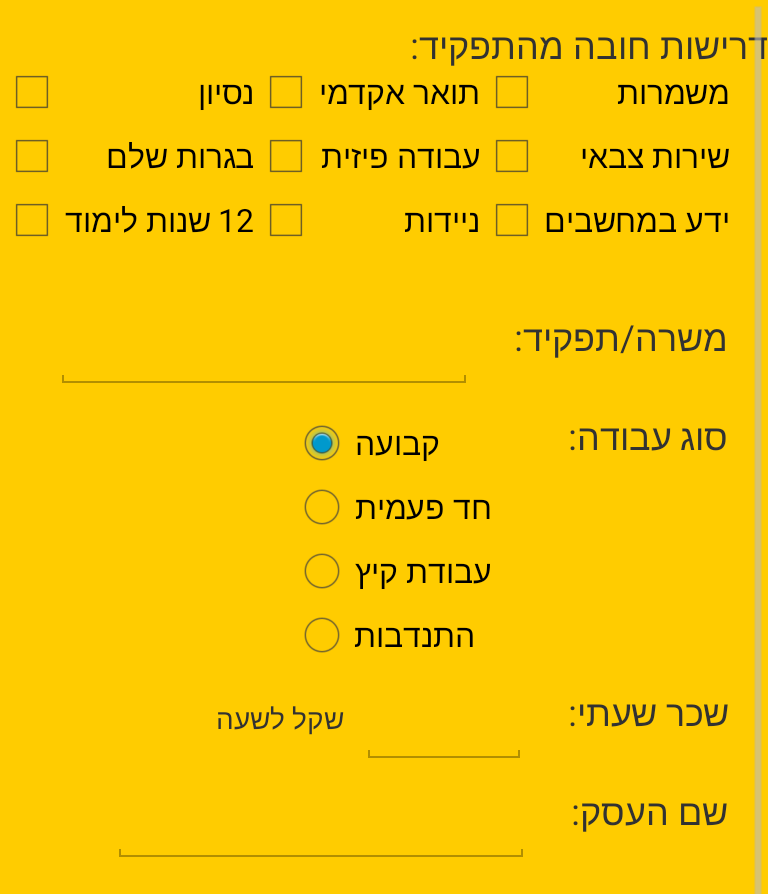
Repository: rodi055/jobli
Layout: Jobli/res/layout/fragment_create_job.xml
These files come from the project's save history. The layout is drawn as it stood at one moment and after the next save; the edit follows.
The pictures show rows 0 to 894 of an output 1280 px tall.
Pictures or frames that could not be fetched are drawn as grey boxes. It is drawn on a 768 x 1280 px phone screen (xhdpi) without system bars, with theme AppTheme; the app's code is not run. The app's manifest (not shown) leaves right-to-left support off. So textAlignment, textDirection and layoutDirection are ignored, and left and right values win over start and end ones.

Above is the layout before, as saved 2015-01-03 12:44:34.

### Jobli/res/layout/fragment_create_job.xml
<?xml version="1.0" encoding="utf-8"?>
<LinearLayout xmlns:android="http://schemas.android.com/apk/res/android"
    android:layout_width="match_parent"
    android:layout_height="match_parent"
    android:background="#FFCC00"
    android:orientation="vertical" >

    <ScrollView
        android:layout_width="match_parent"
        android:layout_height="wrap_content" >

        <LinearLayout
            android:layout_width="match_parent"
            android:layout_height="wrap_content"
            android:orientation="vertical" >

            <RelativeLayout
                android:layout_width="wrap_content"
                android:layout_height="0dp"
                android:layout_weight="0.56"
                  android:layout_marginTop="10dp" >

                <TextView
                    android:id="@+id/textView10"
                    android:layout_width="wrap_content"
                    android:layout_height="wrap_content"
                    android:layout_alignParentEnd="true"
                    android:layout_alignParentRight="true"
                    android:layout_alignParentTop="true"
                    android:layout_marginBottom="15dp"
                    android:text="דרישות חובה מהתפקיד:"
                    android:textSize="18sp" />

                <TableLayout
                    android:id="@+id/table3"
                    android:layout_width="wrap_content"
                    android:layout_height="wrap_content"
                    android:layout_centerVertical="true"
                    android:layout_toEndOf="@+id/table2"
                    android:layout_toRightOf="@+id/table2" >

                    <TableRow
                        android:id="@+id/tableRow21"
                        android:layout_width="wrap_content"
                        android:layout_height="wrap_content" >

                        <CheckBox
                            android:id="@+id/checkBox22"
                            android:layout_width="wrap_content"
                            android:layout_height="wrap_content"
                            android:text="משמרות" />
                    </TableRow>

                    <TableRow
                        android:id="@+id/tableRow22"
                        android:layout_width="wrap_content"
                        android:layout_height="wrap_content" >

                        <CheckBox
                            android:id="@+id/checkBox23"
                            android:layout_width="wrap_content"
                            android:layout_height="wrap_content"
                            android:text="שירות צבאי" />
                    </TableRow>

                    <TableRow
                        android:id="@+id/tableRow23"
                        android:layout_width="wrap_content"
                        android:layout_height="wrap_content" >

                        <CheckBox
                            android:id="@+id/checkBox24"
                            android:layout_width="wrap_content"
                            android:layout_height="wrap_content"
                            android:text="ידע במחשבים" />
                    </TableRow>

                    <TableRow
                        android:id="@+id/tableRow24"
                        android:layout_width="wrap_content"
                        android:layout_height="wrap_content" >
                    </TableRow>
                </TableLayout>

                <TableLayout
                    android:id="@+id/table2"
                    android:layout_width="wrap_content"
                    android:layout_height="wrap_content"
                    android:layout_centerVertical="true"
                    android:layout_toEndOf="@+id/table1"
                    android:layout_toRightOf="@+id/table1" >

                    <TableRow
                        android:id="@+id/tableRow41"
                        android:layout_width="wrap_content"
                        android:layout_height="wrap_content" >

                        <CheckBox
                            android:id="@+id/checkBox2"
                            android:layout_width="wrap_content"
                            android:layout_height="wrap_content"
                            android:text="תואר אקדמי" />
                    </TableRow>

                    <TableRow
                        android:id="@+id/tableRow2"
                        android:layout_width="wrap_content"
                        android:layout_height="wrap_content" >

                        <CheckBox
                            android:id="@+id/checkBox42"
                            android:layout_width="wrap_content"
                            android:layout_height="wrap_content"
                            android:text="עבודה פיזית" />
                    </TableRow>

                    <TableRow
                        android:id="@+id/tableRow3"
                        android:layout_width="wrap_content"
                        android:layout_height="wrap_content" >

                        <CheckBox
                            android:id="@+id/checkBox4"
                            android:layout_width="wrap_content"
                            android:layout_height="wrap_content"
                            android:text="ניידות" />
                    </TableRow>

                    <TableRow
                        android:id="@+id/tableRow4"
                        android:layout_width="wrap_content"
                        android:layout_height="wrap_content" >
                    </TableRow>
                </TableLayout>

                <TableLayout
                    android:id="@+id/table1"
                    android:layout_width="wrap_content"
                    android:layout_height="wrap_content"
                    android:layout_below="@+id/textView10"
                    android:layout_centerVertical="true" >

                    <TableRow
                        android:id="@+id/tableRow11"
                        android:layout_width="wrap_content"
                        android:layout_height="wrap_content" >

                        <CheckBox
                            android:id="@+id/checkBox12"
                            android:layout_width="wrap_content"
                            android:layout_height="wrap_content"
                            android:text="נסיון" />
                    </TableRow>

                    <TableRow
                        android:id="@+id/tableRow12"
                        android:layout_width="wrap_content"
                        android:layout_height="wrap_content" >

                        <CheckBox
                            android:id="@+id/checkBox13"
                            android:layout_width="wrap_content"
                            android:layout_height="wrap_content"
                            android:text="בגרות שלם" />
                    </TableRow>

                    <TableRow
                        android:id="@+id/tableRow13"
                        android:layout_width="wrap_content"
                        android:layout_height="wrap_content" >

                        <CheckBox
                            android:id="@+id/checkBox14"
                            android:layout_width="wrap_content"
                            android:layout_height="wrap_content"
                            android:text="12 שנות לימוד" />
                    </TableRow>

                    <TableRow
                        android:id="@+id/tableRow14"
                        android:layout_width="wrap_content"
                        android:layout_height="wrap_content" >
                    </TableRow>
                </TableLayout>
            </RelativeLayout>

            <RelativeLayout
                android:layout_width="wrap_content"
                android:layout_height="wrap_content"
                android:layout_marginTop="10dp" >

                <TextView
                    android:id="@+id/textView1"
                    android:layout_width="wrap_content"
                    android:layout_height="wrap_content"
                    android:layout_alignParentEnd="true"
                    android:layout_alignParentRight="true"
                    android:layout_alignParentTop="true"
                    android:layout_marginEnd="20dp"
                    android:layout_marginRight="20dp"
                    android:text="משרה/תפקיד:"
                    android:textSize="18sp" />

                <EditText
                    android:id="@+id/editText1"
                    android:layout_width="wrap_content"
                    android:layout_height="wrap_content"
                    android:layout_alignTop="@+id/textView1"
                    android:layout_marginEnd="20dp"
                    android:layout_marginRight="20dp"
                    android:layout_toLeftOf="@+id/textView1"
                    android:layout_toStartOf="@+id/textView1"
                    android:ems="10"
                    android:inputType="text"
                    android:maxLines="1" />
            </RelativeLayout>

            <RelativeLayout
                android:layout_width="wrap_content"
                android:layout_height="wrap_content"
                android:layout_marginTop="10dp" >

                <TextView
                    android:id="@+id/textView2"
                    android:layout_width="wrap_content"
                    android:layout_height="wrap_content"
                    android:layout_alignParentEnd="true"
                    android:layout_alignParentRight="true"
                    android:layout_alignParentTop="true"
                    android:layout_marginEnd="20dp"
                    android:layout_marginRight="20dp"
                    android:text="סוג עבודה:"
                    android:textSize="18sp" />

                <RadioGroup
                    android:id="@+id/radioGroup1"
                    android:layout_width="wrap_content"
                    android:layout_height="wrap_content"
                    android:layout_alignParentTop="true"
                    android:layout_marginEnd="38dp"
                    android:layout_marginRight="38dp"
                    android:layout_toLeftOf="@+id/textView2" >

                    <RadioButton
                        android:id="@+id/radio0"
                        android:layout_width="wrap_content"
                        android:layout_height="wrap_content"
                        android:checked="true"
                        android:text="קבועה" />

                    <RadioButton
                        android:id="@+id/radio1"
                        android:layout_width="wrap_content"
                        android:layout_height="wrap_content"
                        android:text="חד פעמית" />

                    <RadioButton
                        android:id="@+id/radio2"
                        android:layout_width="wrap_content"
                        android:layout_height="wrap_content"
                        android:text="עבודת קיץ" />

                    <RadioButton
                        android:id="@+id/radio3"
                        android:layout_width="wrap_content"
                        android:layout_height="wrap_content"
                        android:text="התנדבות" />
                </RadioGroup>
            </RelativeLayout>

            <RelativeLayout
                android:layout_width="wrap_content"
                android:layout_height="wrap_content"
                android:layout_marginTop="10dp" >

                <TextView
                    android:id="@+id/textView8"
                    android:layout_width="wrap_content"
                    android:layout_height="wrap_content"
                    android:layout_alignParentEnd="true"
                    android:layout_alignParentRight="true"
                    android:layout_alignParentTop="true"
                    android:layout_marginEnd="20dp"
                    android:layout_marginRight="20dp"
                    android:text="שכר שעתי:"
                    android:textSize="18sp" />

                <EditText
                    android:id="@+id/editText8"
                    android:layout_width="wrap_content"
                    android:layout_height="wrap_content"
                    android:layout_alignTop="@+id/textView8"
                    android:layout_marginEnd="20dp"
                    android:layout_marginRight="20dp"
                    android:layout_toLeftOf="@+id/textView8"
                    android:ems="4"
                    android:inputType="numberDecimal"
                    android:maxLines="1"
                    android:singleLine="true" />

                <TextView
                    android:id="@+id/textView9"
                    android:layout_width="wrap_content"
                    android:layout_height="wrap_content"
                    android:layout_alignBottom="@+id/textView8"
                    android:layout_marginRight="8dp"
                    android:layout_toLeftOf="@+id/editText8"
                    android:text="שקל לשעה" />
            </RelativeLayout>

            <RelativeLayout
                android:layout_width="wrap_content"
                android:layout_height="wrap_content"
                android:layout_marginTop="10dp" >

                <TextView
                    android:id="@+id/textView3"
                    android:layout_width="wrap_content"
                    android:layout_height="wrap_content"
                    android:layout_alignParentEnd="true"
                    android:layout_alignParentRight="true"
                    android:layout_alignParentTop="true"
                    android:layout_marginEnd="20dp"
                    android:layout_marginRight="20dp"
                    android:text="שם העסק:"
                    android:textSize="18sp" />

                <EditText
                    android:id="@+id/editText3"
                    android:layout_width="wrap_content"
                    android:layout_height="wrap_content"
                    android:layout_alignTop="@+id/textView3"
                    android:layout_marginEnd="20dp"
                    android:layout_marginRight="20dp"
                    android:layout_toLeftOf="@+id/textView3"
                    android:ems="10"
                    android:maxLines="1"
                    android:singleLine="true" />
            </RelativeLayout>

            <RelativeLayout
                android:layout_width="wrap_content"
                android:layout_height="wrap_content"
                android:layout_marginTop="10dp" >

                <TextView
                    android:id="@+id/textView4"
                    android:layout_width="wrap_content"
                    android:layout_height="wrap_content"
                    android:layout_alignParentEnd="true"
                    android:layout_alignParentRight="true"
                    android:layout_alignParentTop="true"
                    android:layout_marginEnd="20dp"
                    android:layout_marginRight="20dp"
                    android:text="מיקום:"
                    android:textSize="18sp" />
            </RelativeLayout>

            <fragment
                android:id="@+id/My_map"
                android:layout_width="match_parent"
                android:layout_height="120dp"
                android:layout_marginBottom="20dp"
                class="com.google.android.gms.maps.MapFragment" />

            <RelativeLayout
                android:layout_width="wrap_content"
                android:layout_height="wrap_content"
                android:layout_marginTop="10dp" >

                <TextView
                    android:id="@+id/textView5"
                    android:layout_width="wrap_content"
                    android:layout_height="wrap_content"
                    android:layout_alignParentEnd="true"
                    android:layout_alignParentRight="true"
                    android:layout_alignParentTop="true"
                    android:layout_marginEnd="20dp"
                    android:layout_marginRight="20dp"
                    android:text="שם איש קשר:"
                    android:textSize="18sp" />

                <EditText
                    android:id="@+id/editText5"
                    android:layout_width="wrap_content"
                    android:layout_height="wrap_content"
                    android:layout_alignTop="@+id/textView5"
                    android:layout_marginEnd="20dp"
                    android:layout_marginRight="20dp"
                    android:layout_toLeftOf="@+id/textView5"
                    android:layout_toStartOf="@+id/textView5"
                    android:ems="10"
                    android:inputType="textPersonName"
                    android:maxLines="1"
                    android:singleLine="true" />
            </RelativeLayout>

            <RelativeLayout
                android:layout_width="wrap_content"
                android:layout_height="wrap_content"
                android:layout_marginTop="10dp" >

                <TextView
                    android:id="@+id/textView6"
                    android:layout_width="wrap_content"
                    android:layout_height="wrap_content"
                    android:layout_alignParentEnd="true"
                    android:layout_alignParentRight="true"
                    android:layout_alignParentTop="true"
                    android:layout_marginEnd="20dp"
                    android:layout_marginRight="20dp"
                    android:text="איימיל:"
                    android:textSize="18sp" />

                <EditText
                    android:id="@+id/editText6"
                    android:layout_width="wrap_content"
                    android:layout_height="wrap_content"
                    android:layout_alignTop="@+id/textView6"
                    android:layout_marginEnd="20dp"
                    android:layout_marginRight="20dp"
                    android:layout_toLeftOf="@+id/textView6"
                    android:layout_toStartOf="@+id/textView6"
                    android:ems="10"
                    android:inputType="textEmailAddress"
                    android:maxLines="1"
                    android:singleLine="true" />
            </RelativeLayout>

            <RelativeLayout
                android:layout_width="wrap_content"
                android:layout_height="wrap_content"
                android:layout_marginTop="10dp"
                android:contentDescription="@android:string/emptyPhoneNumber" >

                <TextView
                    android:id="@+id/textView7"
                    android:layout_width="wrap_content"
                    android:layout_height="wrap_content"
                    android:layout_alignParentEnd="true"
                    android:layout_alignParentRight="true"
                    android:layout_alignParentTop="true"
                    android:layout_marginEnd="20dp"
                    android:layout_marginRight="20dp"
                    android:text="מספר טלפון:"
                    android:textSize="18sp" />

                <EditText
                    android:id="@+id/editText7"
                    android:layout_width="wrap_content"
                    android:layout_height="wrap_content"
                    android:layout_alignTop="@+id/textView7"
                    android:layout_marginEnd="20dp"
                    android:layout_marginRight="20dp"
                    android:layout_toLeftOf="@+id/textView7"
                    android:layout_toStartOf="@+id/textView7"
                    android:ems="10"
                    android:inputType="phone"
                    android:maxLines="1"
                    android:singleLine="true" />

                <CheckBox
                    android:id="@+id/checkBox1"
                    android:layout_width="wrap_content"
                    android:layout_height="wrap_content"
                    android:layout_alignParentRight="true"
                    android:layout_below="@id/textView7"
                    android:text="אל תציג מספר טלפון"
                    android:textSize="12sp" />
            </RelativeLayout>
        </LinearLayout>
    </ScrollView>

</LinearLayout>

Loaded but not shown: Jobli/res/values/styles.xml (common file); Jobli/res/values-v11/styles.xml (common file); Jobli/res/values-v14/styles.xml (common file)

After the next save:
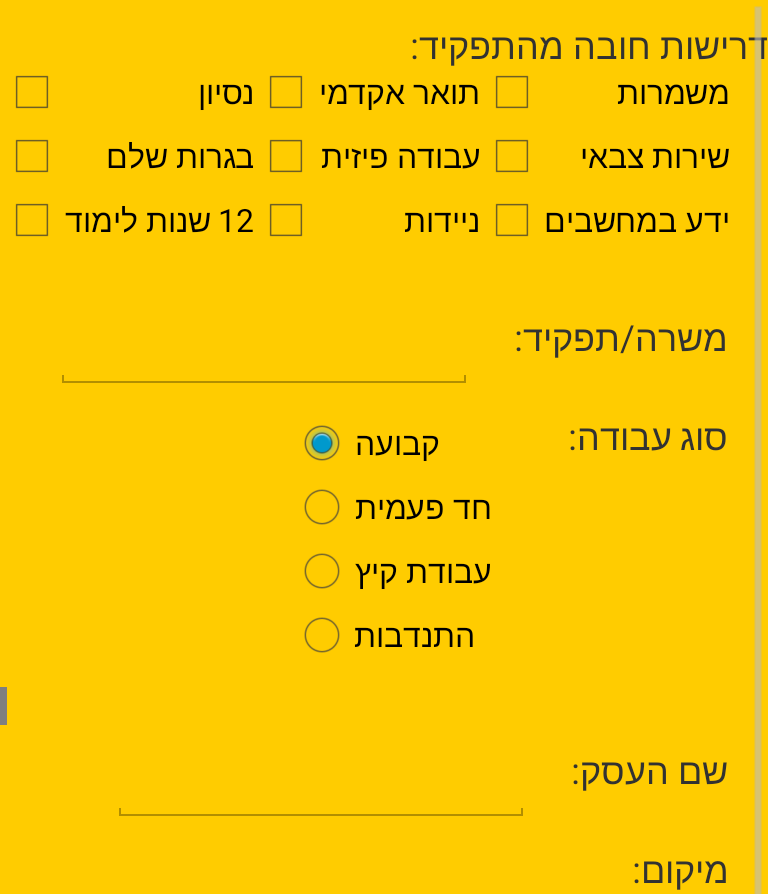
Saved 71 s later.
--- a/Jobli/res/layout/fragment_create_job.xml
+++ b/Jobli/res/layout/fragment_create_job.xml
@@ -17,8 +17,8 @@
             <RelativeLayout
                 android:layout_width="wrap_content"
                 android:layout_height="0dp"
-                android:layout_weight="0.56"
-                  android:layout_marginTop="10dp" >
+                android:layout_marginTop="10dp"
+                android:layout_weight="0.56" >
 
                 <TextView
                     android:id="@+id/textView10"
@@ -268,45 +268,51 @@
                 </RadioGroup>
             </RelativeLayout>
 
-            <RelativeLayout
-                android:layout_width="wrap_content"
-                android:layout_height="wrap_content"
-                android:layout_marginTop="10dp" >
-
-                <TextView
-                    android:id="@+id/textView8"
-                    android:layout_width="wrap_content"
-                    android:layout_height="wrap_content"
-                    android:layout_alignParentEnd="true"
-                    android:layout_alignParentRight="true"
-                    android:layout_alignParentTop="true"
-                    android:layout_marginEnd="20dp"
-                    android:layout_marginRight="20dp"
-                    android:text="שכר שעתי:"
-                    android:textSize="18sp" />
-
-                <EditText
-                    android:id="@+id/editText8"
-                    android:layout_width="wrap_content"
-                    android:layout_height="wrap_content"
-                    android:layout_alignTop="@+id/textView8"
-                    android:layout_marginEnd="20dp"
-                    android:layout_marginRight="20dp"
-                    android:layout_toLeftOf="@+id/textView8"
-                    android:ems="4"
-                    android:inputType="numberDecimal"
-                    android:maxLines="1"
-                    android:singleLine="true" />
-
-                <TextView
-                    android:id="@+id/textView9"
-                    android:layout_width="wrap_content"
-                    android:layout_height="wrap_content"
-                    android:layout_alignBottom="@+id/textView8"
-                    android:layout_marginRight="8dp"
-                    android:layout_toLeftOf="@+id/editText8"
-                    android:text="שקל לשעה" />
-            </RelativeLayout>
+            <fragment
+                android:id="@+id/aaa"
+                android:layout_width="wrap_content"
+                android:layout_height="wrap_content"
+                android:layout_marginTop="10dp" >
+
+                <RelativeLayout
+                    android:layout_width="wrap_content"
+                    android:layout_height="wrap_content" >
+
+                    <TextView
+                        android:id="@+id/textView8"
+                        android:layout_width="wrap_content"
+                        android:layout_height="wrap_content"
+                        android:layout_alignParentEnd="true"
+                        android:layout_alignParentRight="true"
+                        android:layout_alignParentTop="true"
+                        android:layout_marginEnd="20dp"
+                        android:layout_marginRight="20dp"
+                        android:text="שכר שעתי:"
+                        android:textSize="18sp" />
+
+                    <EditText
+                        android:id="@+id/editText8"
+                        android:layout_width="wrap_content"
+                        android:layout_height="wrap_content"
+                        android:layout_alignTop="@+id/textView8"
+                        android:layout_marginEnd="20dp"
+                        android:layout_marginRight="20dp"
+                        android:layout_toLeftOf="@+id/textView8"
+                        android:ems="4"
+                        android:inputType="numberDecimal"
+                        android:maxLines="1"
+                        android:singleLine="true" />
+
+                    <TextView
+                        android:id="@+id/textView9"
+                        android:layout_width="wrap_content"
+                        android:layout_height="wrap_content"
+                        android:layout_alignBottom="@+id/textView8"
+                        android:layout_marginRight="8dp"
+                        android:layout_toLeftOf="@+id/editText8"
+                        android:text="שקל לשעה" />
+                </RelativeLayout>
+            </fragment>
 
             <RelativeLayout
                 android:layout_width="wrap_content"
